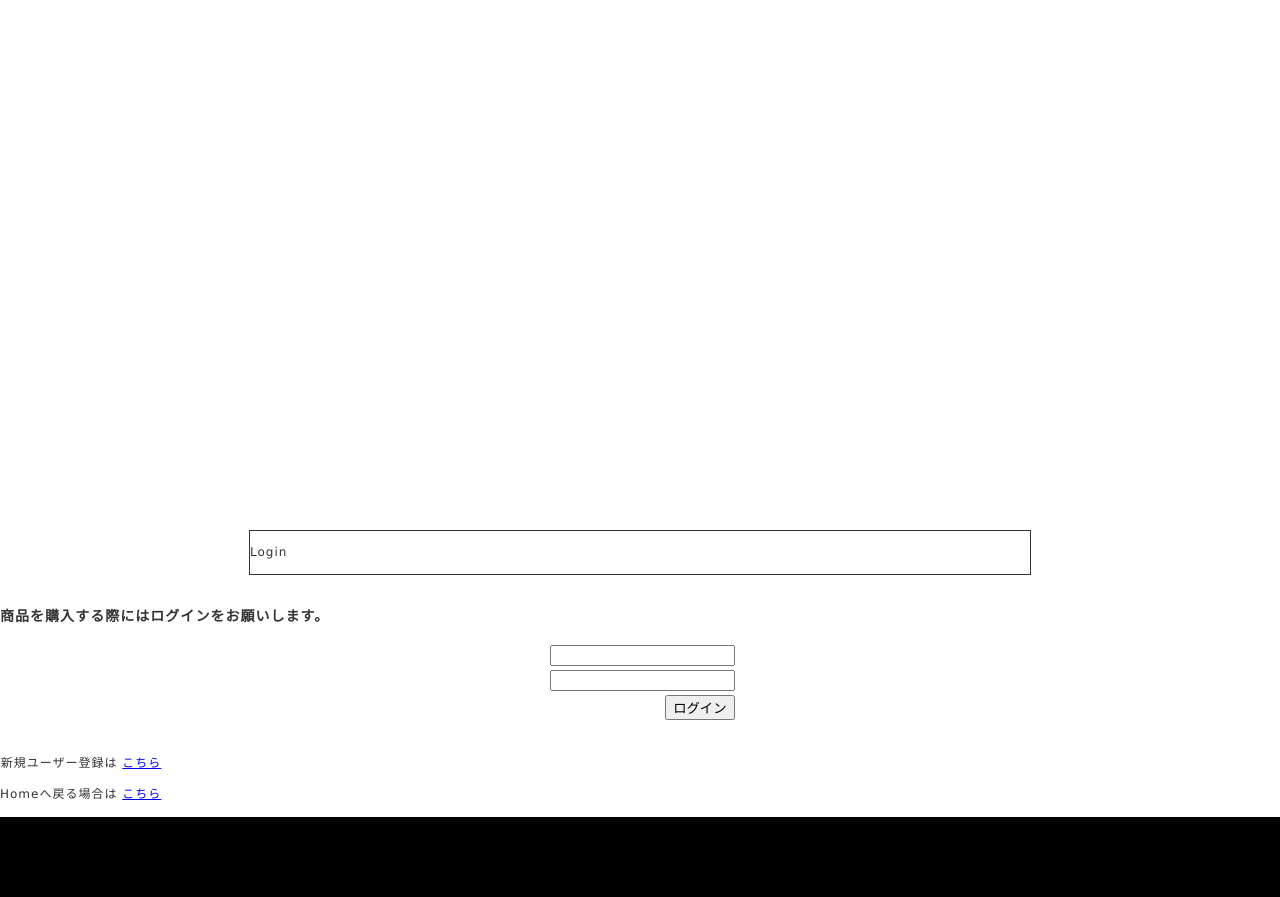
Repository: mjeeeex333/mjfile
Page: http://localhost/ecsite/HomeAction
These files come from the project's save history. The page is drawn as it stood at one moment and after the next save; the edit follows.
The browser window is 1280 px wide. The pictures show the whole page.
The page is served by Tomcat 9.

Above is the page before, as saved 2018-10-22 11:28:56.

After the next save:
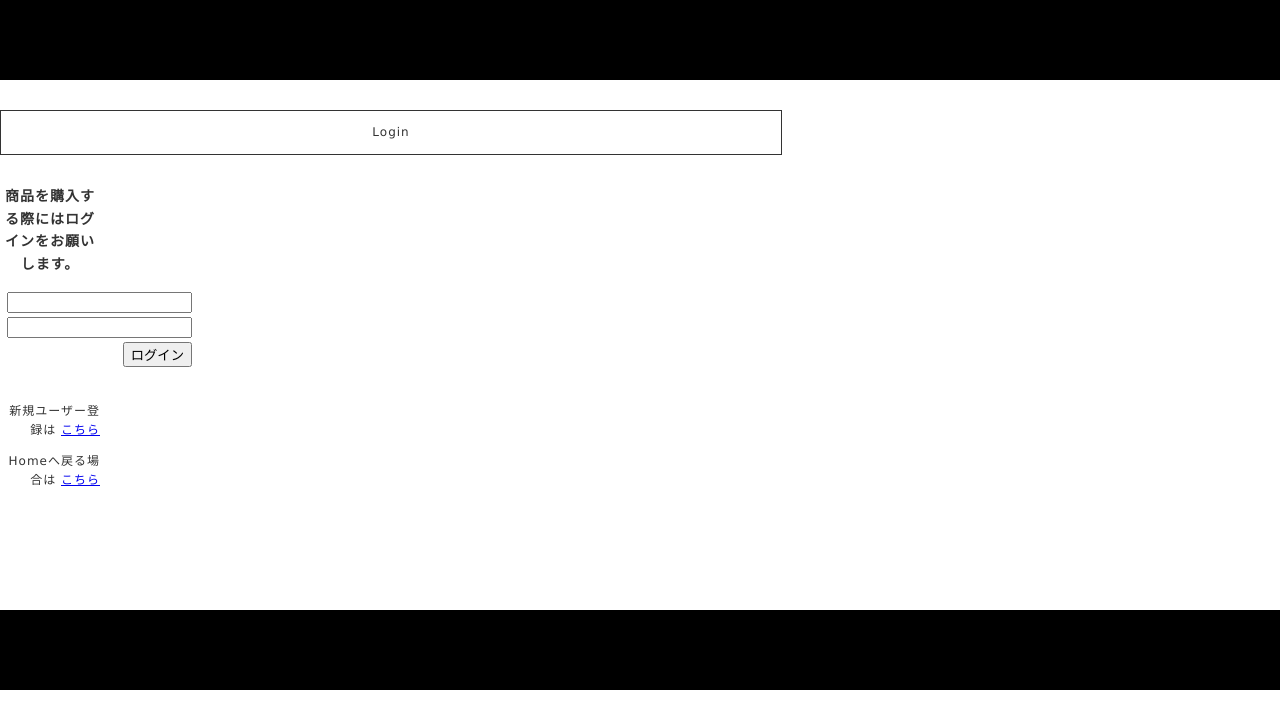
Saved 106 s later.
--- a/ecsite/WebContent/login.jsp
+++ b/ecsite/WebContent/login.jsp
@@ -44,6 +44,11 @@
 #header{
 width:100%;
 height: 80px;
+background-color:black;
+}
+
+#main{
+width:100px;
 height:500px;
 text-align : center;
 }
